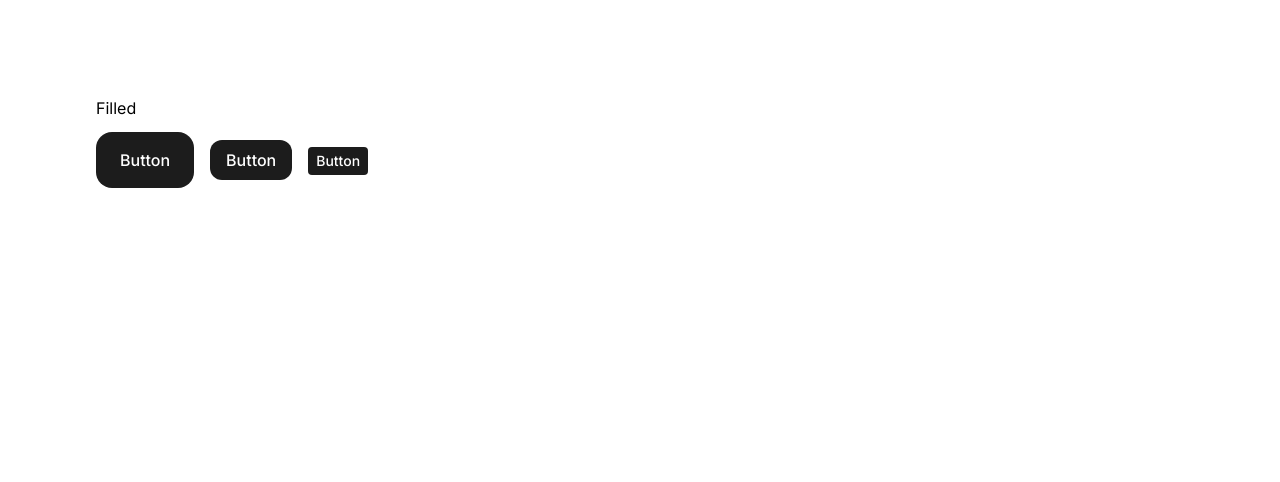
Repository: ggonzaga29/polarized-dashboard
Page: /
These files come from the project's save history. The page is drawn as it stood at one moment and after the next save; the edit follows.
The browser window is 1280 px wide. The pictures show the whole page.
The project was rebuilt for these pictures with package versions that can differ from the ones it lists, and the page was loaded fresh each time. The framework's server and built-in components were replaced by stand-ins that run in the browser. Also part of the build but not shown: next.config.js.

Above is the page before, as saved 2023-08-03 12:57:24.

After the next save:
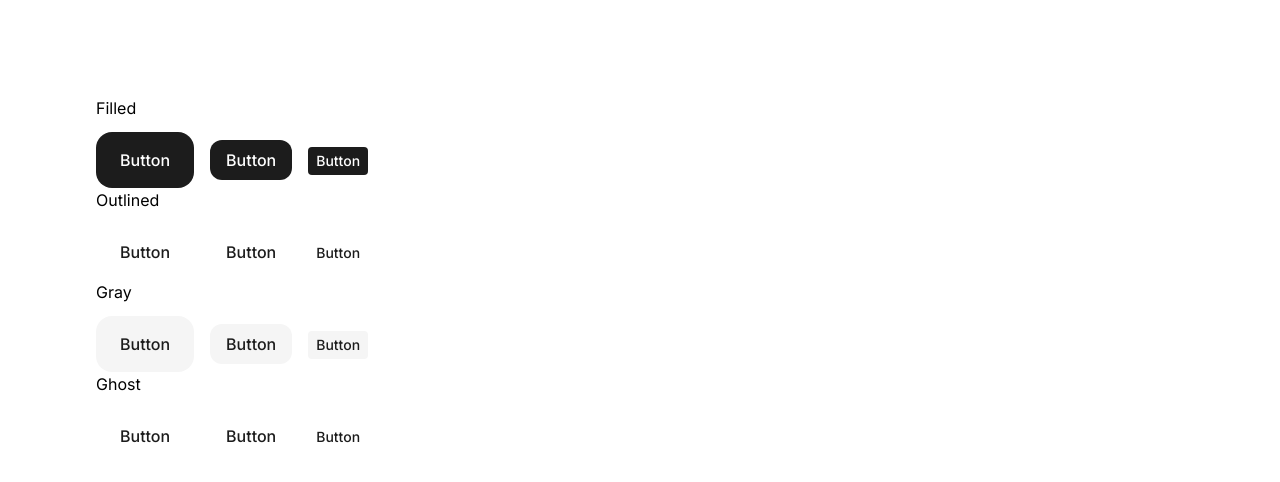
Saved 75 s later.
--- a/src/app/page.jsx
+++ b/src/app/page.jsx
@@ -16,6 +16,42 @@ export default function Home() {
           Button
         </Button>
       </div>
+			<h2>Outlined</h2>
+			<div className='space-x-4 mt-3'>
+				<Button variant="outlined" size="lg">
+					Button
+				</Button>
+				<Button variant="outlined" size="md">
+					Button
+				</Button>
+				<Button variant="outlined" size="sm">
+					Button
+				</Button>
+			</div>
+			<h2>Gray</h2>
+			<div className='space-x-4 mt-3'>
+				<Button variant="gray" size="lg">
+					Button
+				</Button>
+				<Button variant="gray" size="md">
+					Button
+				</Button>
+				<Button variant="gray" size="sm">
+					Button
+				</Button>
+			</div>
+			<h2>Ghost</h2>
+			<div className='space-x-4 mt-3'>
+				<Button variant="ghost" size="lg">
+					Button
+				</Button>
+				<Button variant="ghost" size="md">
+					Button
+				</Button>
+				<Button variant="ghost" size="sm">
+					Button
+				</Button>
+			</div>
     </main>
   );
 }
